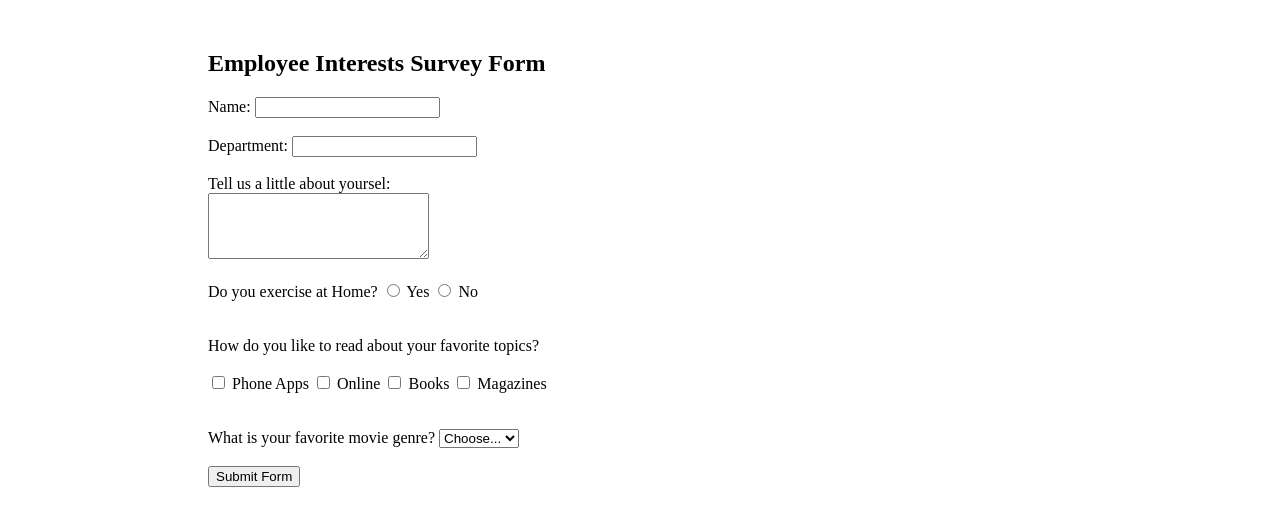
Repository: JoaoLemesDEV/Exercise-Survey-Form
Page: index.html
The author's editor kept a copy of each file at every save. The page is drawn from the files as they stood at one save, then again after the next save.
The browser window is 1280 px wide. The pictures show the whole page.

Above is the page before, as saved 2021-10-10 18:47:48.

After the next save:
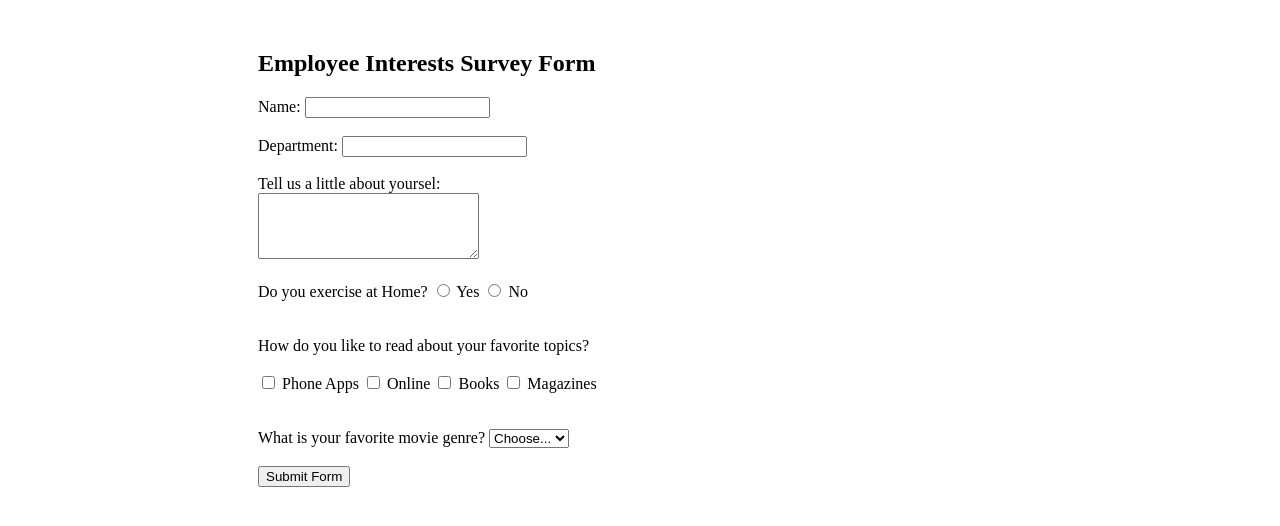
Saved 5 s later.
--- a/index.html
+++ b/index.html
@@ -8,7 +8,7 @@
   </head>
   <style>
     form{
-      margin-left: 200px;
+      margin-left: 250px;
       margin-top: 50px;
     }
   </style>
